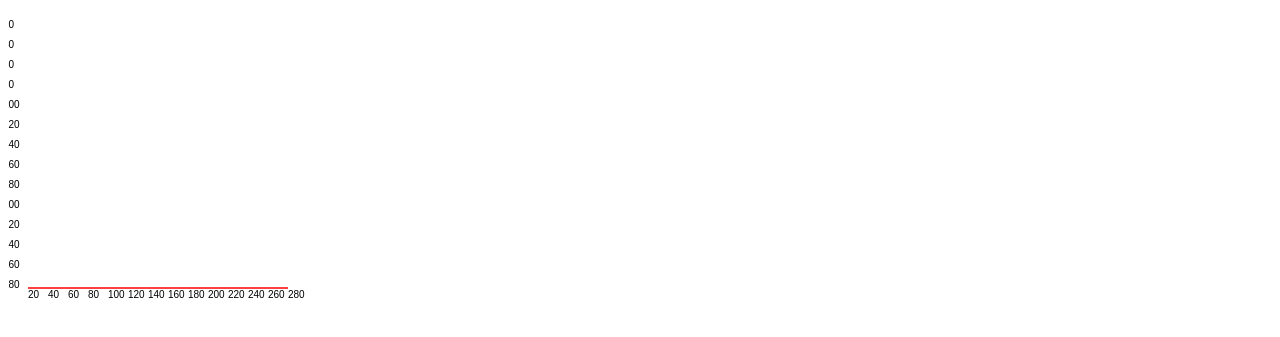
Repository: tclintaichung/book
Page: ex16/ex16_01/frame.html
These files come from the project's save history. The page is drawn as it stood at one moment and after the next save; the edit follows.
The browser window is 1280 px wide. The pictures show the whole page.

Above is the page before, as saved 2025-09-27 14:19:51.

After the next save:
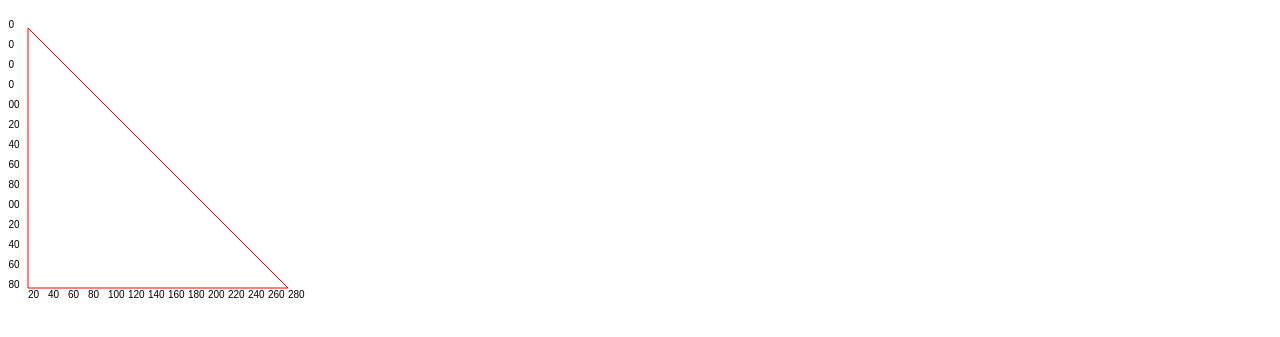
Saved 56 s later.
--- a/ex16/ex16_01/frame.html
+++ b/ex16/ex16_01/frame.html
@@ -27,7 +27,7 @@
           ctx.beginPath();
           ctx.moveTo(x_max, y_max);
           ctx.lineTo(x_min, y_max);
-          ctx.lineTo(x_min, y_max);
+          ctx.lineTo(x_min, y_min);
           ctx.closePath();
           ctx.strokeStyle = colors[0];
           ctx.lineWidth = 1;
